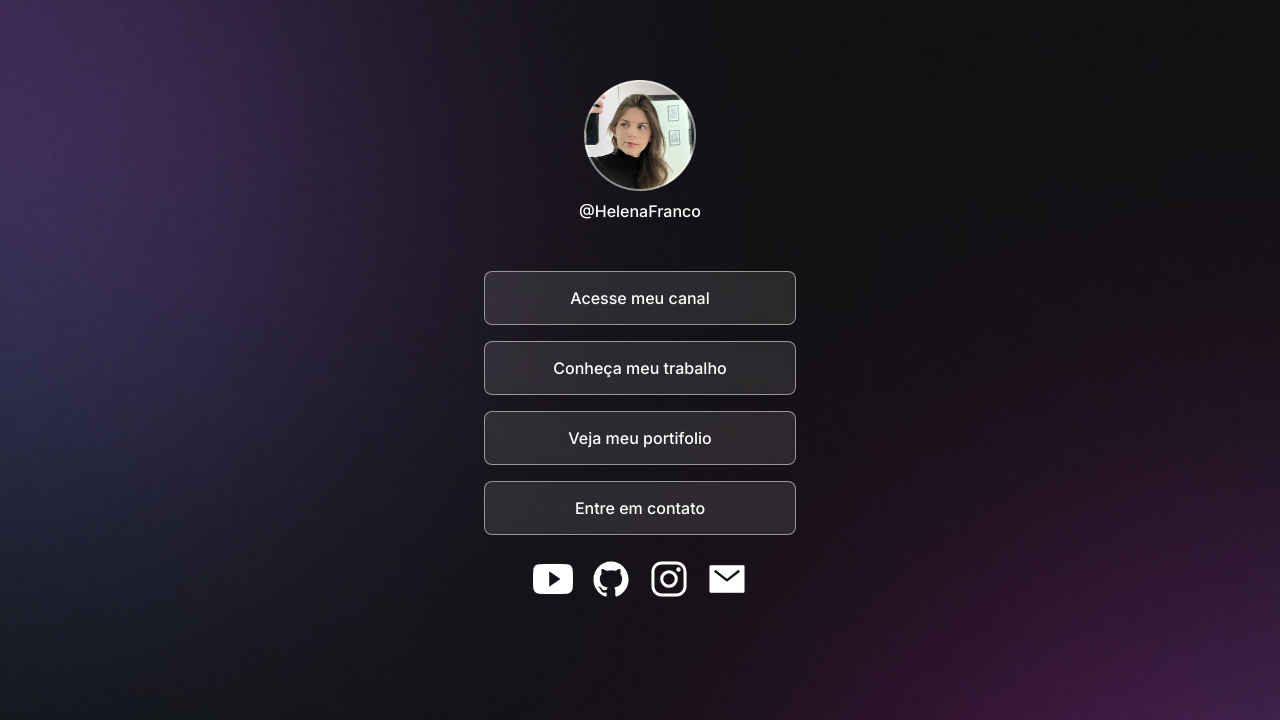
Repository: Fr4nc021/Pagina-de-links-
Page: index.html
These files come from the project's save history. The page is drawn as it stood at one moment and after the next save; the edit follows.
The browser window is 1280 px wide. The pictures show the whole page.

Above is the page before, as saved 2025-02-13 20:16:51.

After the next save:
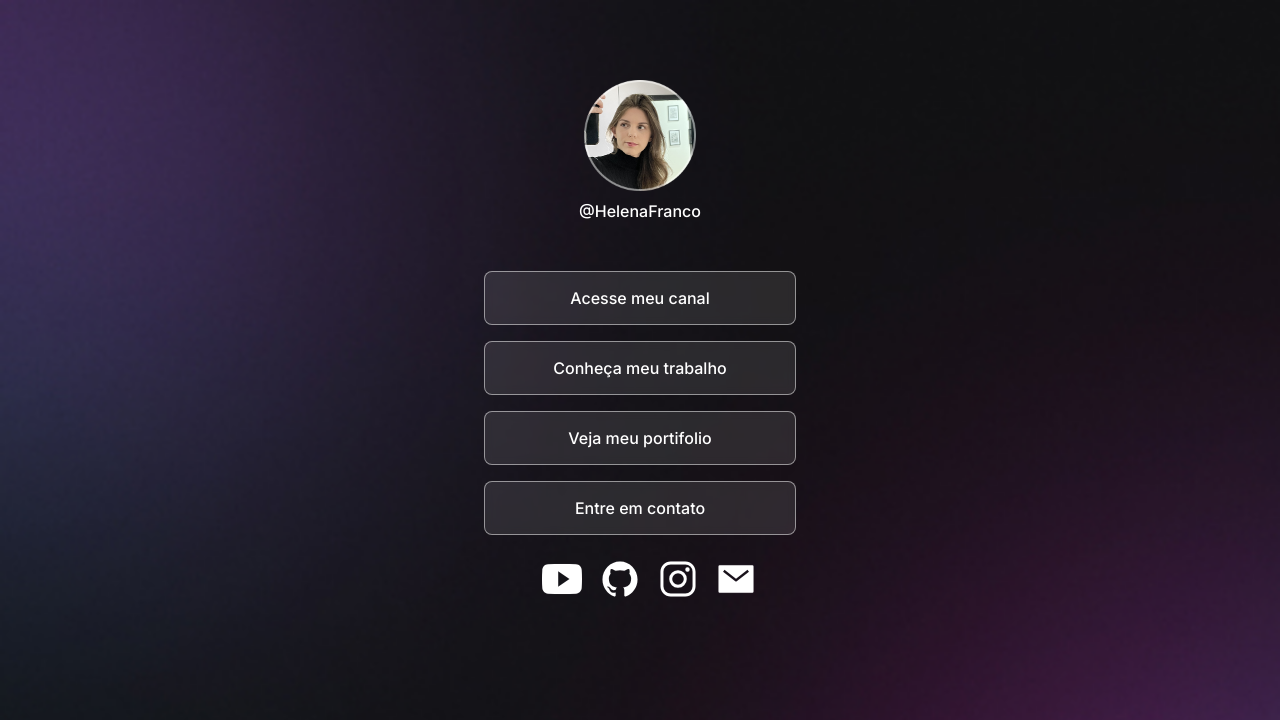
Saved 3 min 5 s later.
--- a/index.html
+++ b/index.html
@@ -34,6 +34,7 @@
         </ul>
     </div>
         <div id="social-links">
+            <a href="https://www.youtube.com/@FR4NC021"></a>
             <ion-icon name="logo-youtube"></ion-icon>
             <ion-icon name="logo-github"></ion-icon>
             <ion-icon name="logo-instagram"></ion-icon>

After the save that followed:
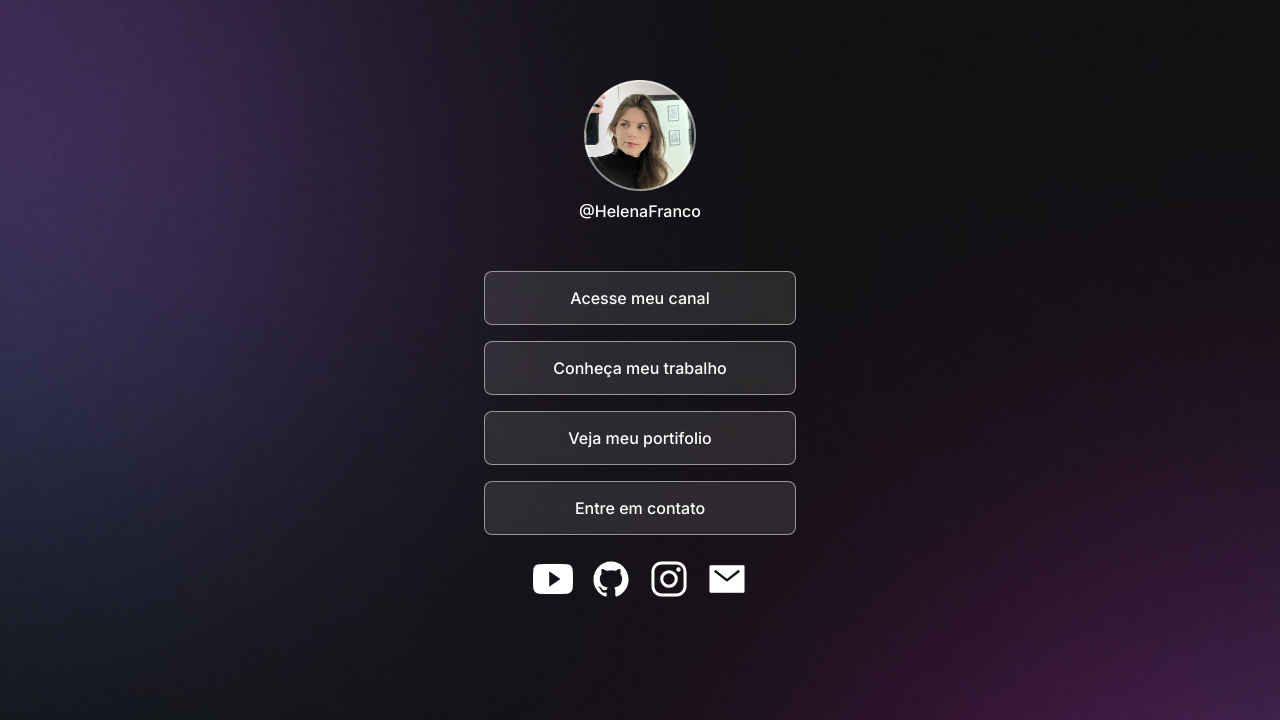
Saved 52 s later.
--- a/index.html
+++ b/index.html
@@ -34,8 +34,8 @@
         </ul>
     </div>
         <div id="social-links">
-            <a href="https://www.youtube.com/@FR4NC021"></a>
-            <ion-icon name="logo-youtube"></ion-icon>
+            <a href="https://www.youtube.com/@FR4NC021" target="_blank">
+            <ion-icon name="logo-youtube"></ion-icon></a>
             <ion-icon name="logo-github"></ion-icon>
             <ion-icon name="logo-instagram"></ion-icon>
             <ion-icon name="mail-sharp"></ion-icon>
